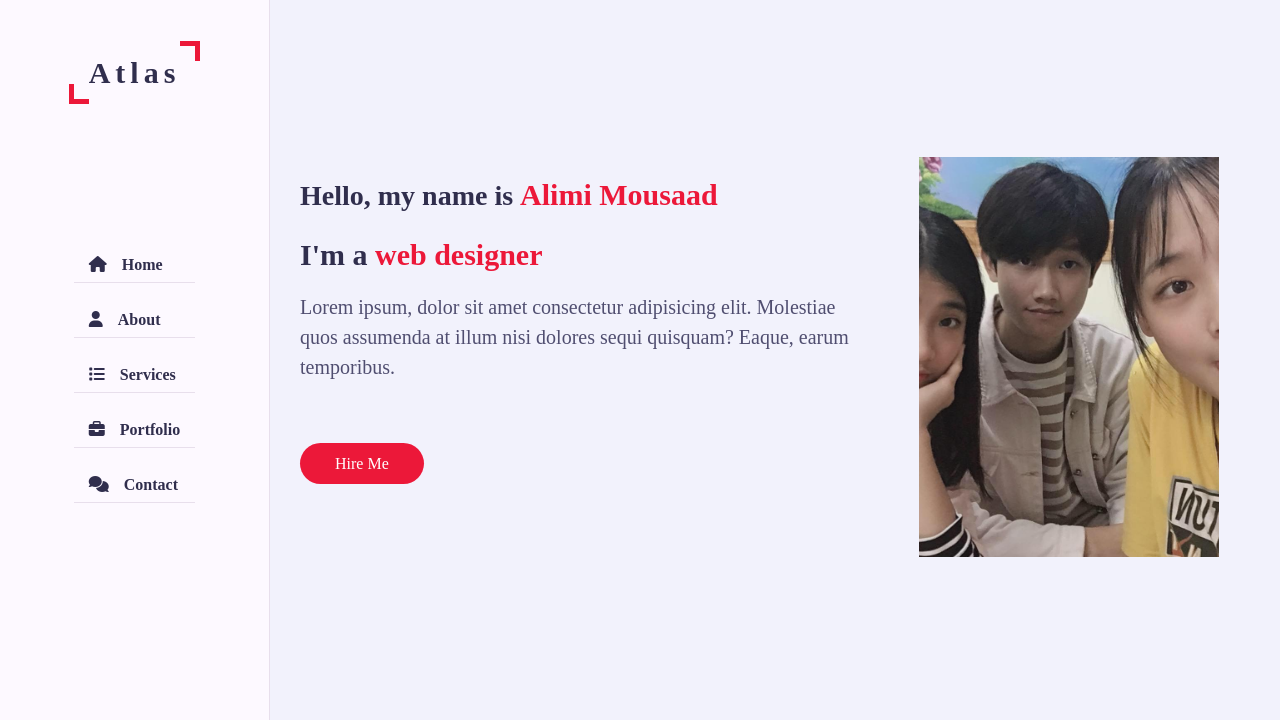
Repository: luanhoang0902/portfolio-ui
Page: index.html
The author's editor kept a copy of each file at every save. The page is drawn from the files as they stood at one save, then again after the next save.
The browser window is 1280 px wide. The pictures show the whole page.
Some web fonts or font styles are not loaded; a fallback is used. Some web libraries are served in a nearby version.

Above is the page before, as saved 2022-06-02 15:17:31.

After the next save:
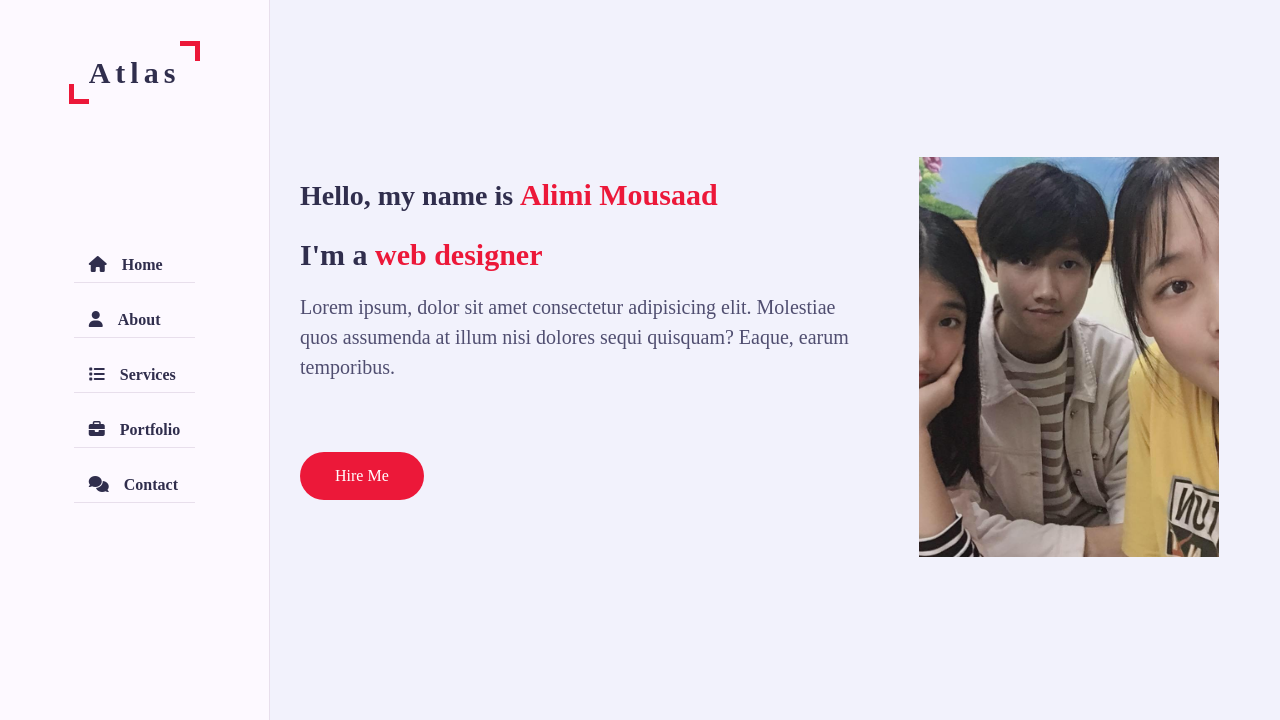
Saved 75 s later.
--- a/css/style.css
+++ b/css/style.css
@@ -73,7 +73,10 @@
     padding: 12px 35px;
     color: white;
     border-radius: 40px;
-    background: var(--skin-color);
+    display: inline-block;
+    white-space: nowrap;
+    background: var(--skin-color);
+    transition: all 0.3s ease;
 }
 /* aside */
 .aside
